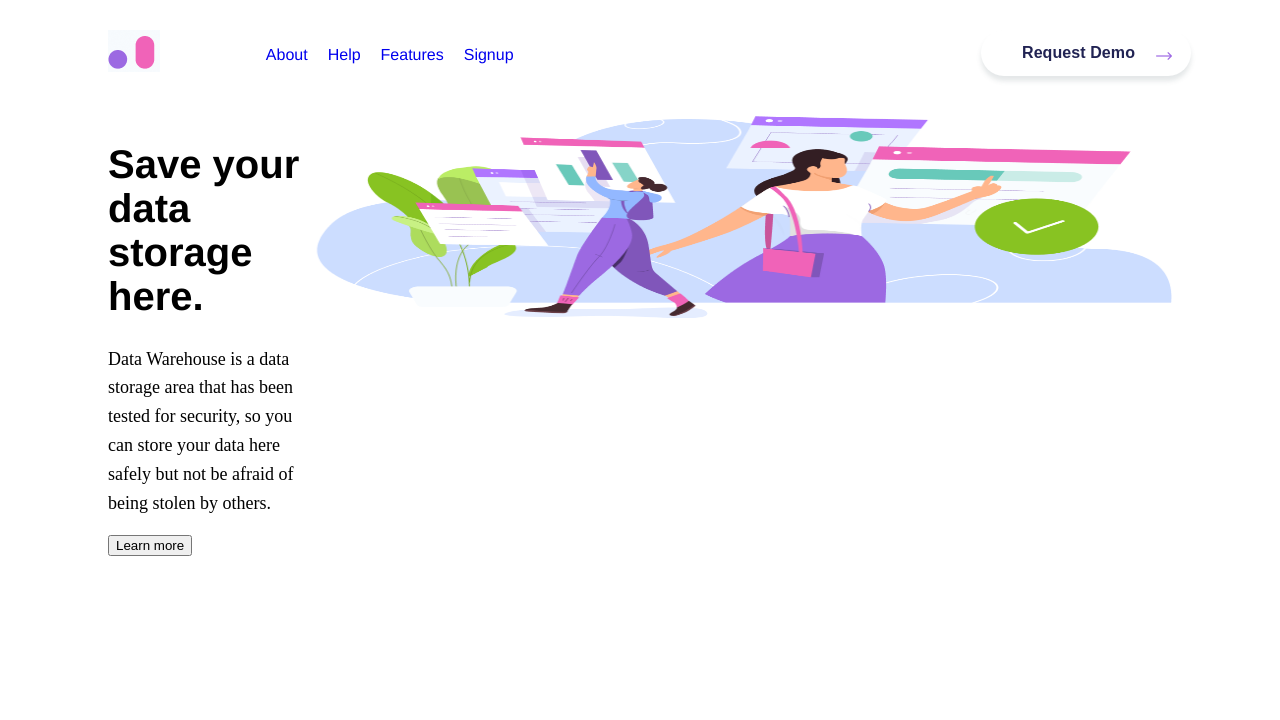
Repository: batonAnton/HW6_flexbox
Page: index.html
These files come from the project's save history. The page is drawn as it stood at one moment and after the next save; the edit follows.
The browser window is 1280 px wide. The pictures show the whole page.
Some web fonts or font styles are not loaded; a fallback is used.

Above is the page before, as saved 2022-06-17 17:18:45.

### index.html
<!DOCTYPE html>
<html lang="en">
<head>
    <meta charset="UTF-8">
    <meta http-equiv="X-UA-Compatible" content="IE=edge">
    <meta name="viewport" content="width=device-width, initial-scale=1.0">
    <link href="http://fonts.cdnfonts.com/css/helvetica-neue-9" rel="stylesheet">
    <link rel="stylesheet" href="/css/style.css">
    <title>FlexBox</title>
</head>
<body>
    <header>
        <div class="logo">
            <img src="./images/logo.png" alt="logo">
        </div>

        <nav>
            <ul>
                <li>
                    <a href="#">about</a>
                </li>
                <li>
                    <a href="#">help</a>
                </li>
                <li>
                    <a href="#">features</a>
                </li>
                <li>
                    <a href="#">signup</a>
                </li>
            </ul>
        </nav>

        <div class="header-btn">
            <div>
                <button>request demo</button>
            </div>
            <div class="btn-img">
                <img src="./images/right-arrow.png" alt="arrow-right" >
            </div>
        </div>
    </header>

    <div class="section">
        <div class="info">
            <h1>Save your data storage here.</h1>
            <p>Data Warehouse is a data storage area that has been
                tested for security, so you can store your data here
                safely but not be afraid of being stolen by others.</p>
            <button>Learn more</button>
        </div>

        <div class="section-img">
            <img src="./images/headerImg.png" alt="">
        </div>
    </div>
</body>
</html>

### css/style.css
body {
  box-sizing: border-box;
  font-family: 'Avenir';
  src: url('../fonts/Avenir.eot?#iefix') format('embedded-opentype'),  url('../fonts/Avenir.woff') format('woff'), url('../fonts/Avenir.ttf')  format('truetype'), url('../fonts/Avenir.svg#Avenir') format('svg');
}

header {
  display: flex;
  margin: 30px 100px;
  justify-content: space-between;
  /* border: 1px solid gray; */
  font-family: 'Avenir', Helvetica, sans-serif;
  font-size: 16px;

}

nav{
  margin-right:40%;
}

nav ul  {
  display: flex;
  list-style: none;
  color:#4B5D68;
}



nav ul li a{
    text-decoration: none;
    padding-left: 20px;
    text-transform: capitalize;
}

.header-btn{
    display: flex;
    justify-content: center;
}

.header-btn button{
    padding: 15px 30px 15px 15px;
    text-transform: capitalize;
    border: none;
    border-radius: 50px;
    background: #FFFFFF;
    box-shadow: 0px 5px 5px rgb(75 93 104 / 15%);
    width: 210px;
    color: #212353;
    font-size: 16px;
    font-weight: 800;
    line-height: 100%;
    letter-spacing: 0.005em;

}

.btn-img{
    margin-left: -35px;
    padding-left: -15px;
    align-self: center;
}




button img{
    padding-top: 5px;
    margin-left: 5px;
}

button:hover{
    border: 1px solid rgba(156, 105, 226, 1);
    text-decoration: underline;
}

.section{
    display: flex;
    margin: 30px 100px;
}

.section h1{
    font-style: normal;
    font-weight: 700;
    font-size: 40px;
    line-height: 110%;
    font-family: 'Helvetica Neue', sans-serif;
}

.section p{
    font-family: 'Avenir';
    font-style: normal;
    font-weight: 500;
    font-size: 18px;
    line-height: 160%;
}

.section img{
    width: 870px;
    height: 210px;
}

After the next save:
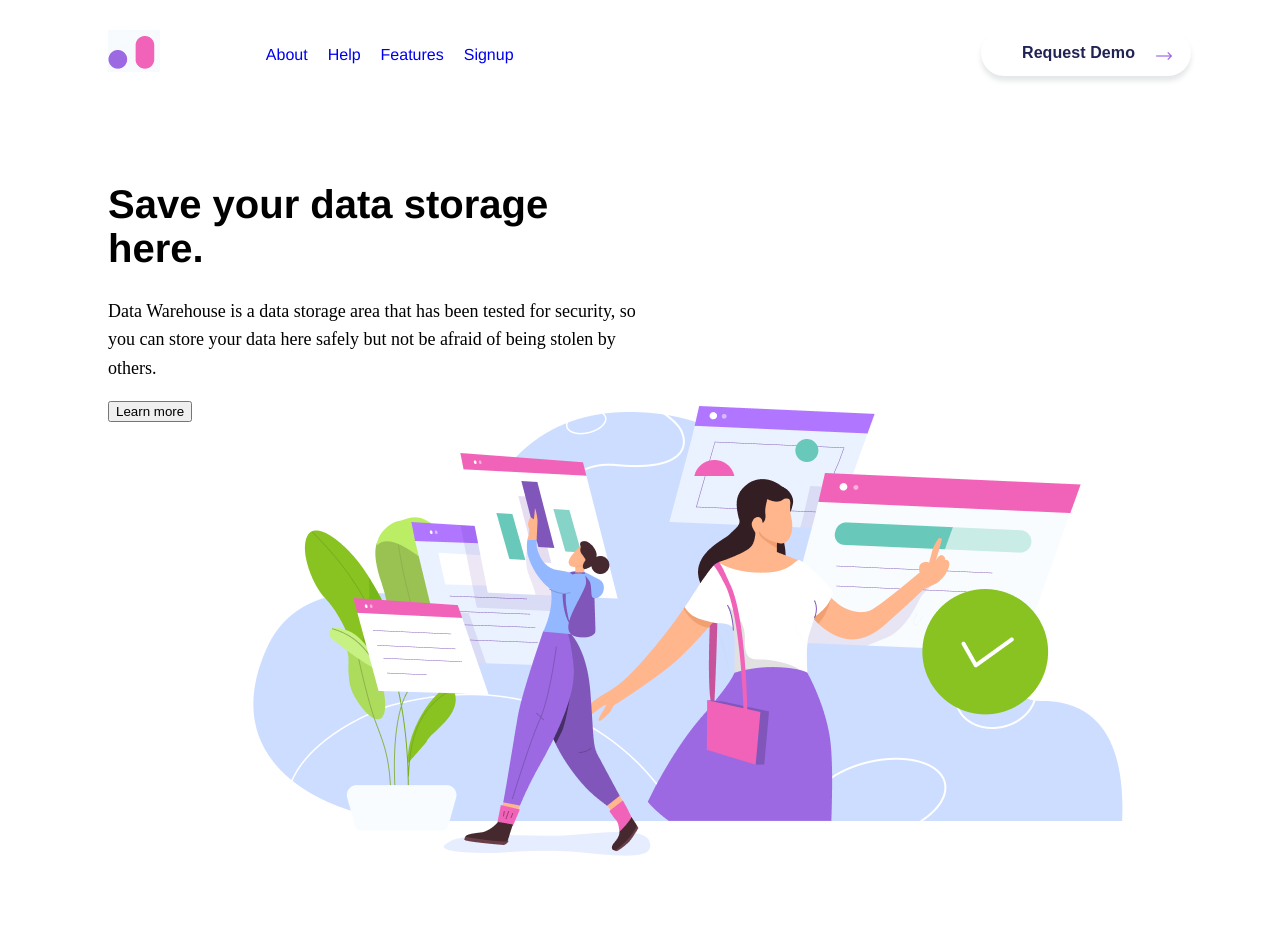
Saved 5 min 59 s later.
--- a/css/style.css
+++ b/css/style.css
@@ -74,7 +74,13 @@ button:hover{
 
 .section{
     display: flex;
-    margin: 30px 100px;
+    margin: 70px 100px;
+    position: relative;
+    height: 100vh;
+}
+
+.info{
+    width: 50%;
 }
 
 .section h1{
@@ -93,7 +99,10 @@ button:hover{
     line-height: 160%;
 }
 
-.section img{
+.section-img{
     width: 870px;
-    height: 210px;
+    position: absolute;
+    bottom: 0;
+    right: 6%;
+
 }
